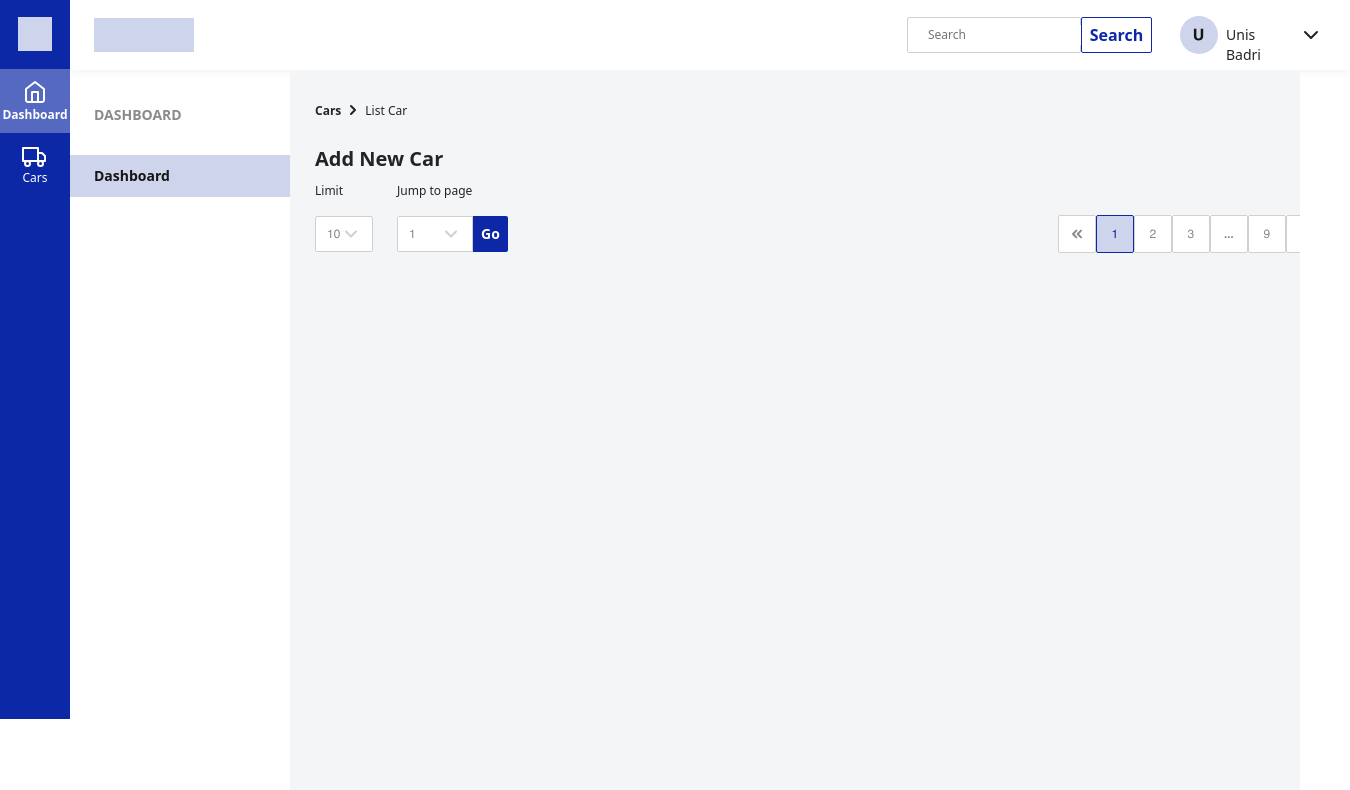
Repository: farrelmuhammad/challenge-7-binar
Page: /carlist/add
These files come from the project's save history. The page is drawn as it stood at one moment and after a run of saves; the edit follows.
The browser window is 1280 px wide. The page is 1350 px wide, so the pictures cover 1350 px, including what lies to the right of the window. The pictures show the whole page.
The project was rebuilt for these pictures with package versions that can differ from the ones it lists, and the page was loaded fresh each time. Also part of the build but not shown: src/component/navbar.js, src/component/header.js, src/component/footer.js, src/App.js, src/component/admin/Dashboard/index.jsx, src/pages/admin/Dashboard.js, src/component/admin/Cars/index.jsx, src/pages/admin/CarsList.js and 2 more.

Above is the page before, as saved 2022-05-27 20:58:21.

### src/index.js
import React from 'react';
import { BrowserRouter } from 'react-router-dom';
import { createRoot } from 'react-dom/client';
import { Provider } from 'react-redux';
import { store } from './app/store';
import reportWebVitals from './reportWebVitals';
import './index.css';
import RouteApp from './Routes'

const container = document.getElementById('root');
const root = createRoot(container);

root.render(
  <React.StrictMode>
    <Provider store={store}>
      <BrowserRouter>
        <RouteApp />
      </BrowserRouter>
    </Provider>
  </React.StrictMode>
);

// If you want to start measuring performance in your app, pass a function
// to log results (for example: reportWebVitals(console.log))
// or send to an analytics endpoint. Learn more: https://bit.ly/CRA-vitals
reportWebVitals();

### src/index.css
body {
  font-family: Helvetica Neue, Helvetica, Arial, sans-serif;
  font-style: normal;
  font-weight: normal;
  font-size: 14px;
  line-height: 20px;
  margin: 0;
  padding: 0;
}

h1,
h2,
h3,
h4,
h5 {
  line-height: 150%;
}

.header{
  background-color: #F1F3FF;
}

.footer i {
  color: #0D28A6;
  font-size: x-large;
}

.bg-darkblue{
  background-color: #0D28A6;
}

.logo {
  background-color: #0D28A6;
  width: 100px;
  height: 34px;
}

code {
  font-family: source-code-pro, Menlo, Monaco, Consolas, 'Courier New',
    monospace;
}

.card-cari {
  width: 1047px;
  /* height: 106px; */
  margin-top: -50px;
  z-index: 2;
}
.button-cari {
  width: 92px !important;
  margin-top: 30px;
  height: 36px;
}
.activeCari {
  height: 100%;
  width: 0;
  position: fixed;
  z-index: 2;
  top: 0;
  left: 0;
  background-color: rgba(0, 0, 0, 0.5);
  overflow-x: hidden;
  transition: 0.5s;
  padding-top: 34px;
}

### src/Routes.js
import App from './App';
import React from 'react';
import Dashboard from '../src/pages/admin/Dashboard'
import CarList from '../src/pages/admin/CarsList'
import Cars from './pages/cars'
import { Routes, Route } from 'react-router-dom';
import AddNewCars from './pages/admin/AddCar';

const RouteApp = () => {

    return (
        <>
            <Routes>
                <Route path="/" element={<App />} />
                <Route path="/dashboard" element={<Dashboard />} />
                <Route path="*" element={<h1 style={{ fontSize: "48px", textAlign: "center", paddingTop: "250px" }}>Error 404</h1>} />
                <Route path='/cars' element={<Cars />} />
                <Route path='/carlist' element={<CarList />} />
                <Route path='/carlist/add' element={<AddNewCars />} />
            </Routes>
        </>
    )
}

export default RouteApp;

### src/pages/admin/AddCar.js
import React from 'react'
import Navbar from '../../component/admin/Navbar'
import AddNewCar from '../../component/admin/Cars/add'

function AddCar() {
  return (
    <>
        <Navbar />
        <AddNewCar />
    </>
  )
}

export default AddCar

### src/component/admin/Navbar.jsx
import { Link } from 'react-router-dom';
import './Navbar.css';

const Navbar = () => {
  return (
    <header>
      {/* navbar top */}
      <div className="nav-top navbar">
        <div className="logo"></div>
        <span
          className="icon-menu iconify"
          data-icon="charm:menu-hamburger"
          data-width="24"
        ></span>
        <form className="nav-search d-flex">
          <div className="box-search">
            <span
              className="iconify"
              data-icon="akar-icons:search"
              data-width="18"
            ></span>
            <input type="search" placeholder="Search" />
          </div>
          <button className="button-search" type="submit">
            Search
          </button>
        </form>
        <div className="profile">
          <img src="img/profile.svg" alt="profile" />
          <p>Unis Badri</p>
          <img className="dropdown" src="img/dropdown.svg" alt="dropdown" />
        </div>
      </div>

      {/* navbar side */}
      <div className="nav-side">
        <div className="nav-blue">
          <div className="square"></div>
          <div className="frame-menu">
            <div className="dash-img" id="active">
              <a href="/dashboard">
                <img src="/img/dashboard.svg" alt="dashboard" />
              </a>
              <a href="/dashboard">Dashboard</a>
            </div>
            <div className="dash-img">
              <Link to="/carlist">
              <a>
                <img src="/img/cars.svg" alt="cars" />
                Cars
              </a>
              </Link>
            </div>
          </div>
        </div>
        <div className="nav-white">
          <div className="title-menu">
            <h1>DASHBOARD</h1>
          </div>
          <div className="list-menu">
            <h1>Dashboard</h1>
          </div>
        </div>
      </div>
    </header>
  );
};

export default Navbar;

### src/component/admin/Cars/add/index.jsx
import React from 'react'
import { Link } from 'react-router-dom'

export const AddCar = () => {
  return (
    <>
            <div className="content">
                <div className="breadcrumb">
                <h1>Cars</h1>
                <img src="../img/arrow-right.svg" alt="arrow-right" />
                <p>List Car</p>
                </div>
                <div className="col">
                    <h1 className="title-h1">Add New Car</h1>
                </div>



                {/* order table */}
                <div className="container-input">

                </div>

                {/* table navigation */}



                {/* table navigation */}
                <div className="table-nav">
                <div className="limit-nav">
                    <p>Limit</p>
                    <img src="img/form-drop.svg" alt="form-drop" />
                </div>
                <div className="jump-nav">
                    <p>Jump to page</p>
                    <img src="img/form-drop-2.svg" alt="form-drop-2" />
                </div>
                <div className="go-nav">
                    <h1>Go</h1>
                </div>
                <div className="page-number">
                    <img src="img/page-number.svg" alt="page-number" />
                </div>
                </div>
            </div>
            </>
  )
}

export default AddCar

### src/component/admin/Navbar.css
h1 {
    font-size: 14px;
    line-height: 20px;
}

header .nav-top {
    position: absolute;
    width: 1280px;
    height: 70px;
    left: 70px;
    right: 0;
    top: 0px;
    box-shadow: 0px 2px 8px rgba(0, 0, 0, 0.05);
}

header .nav-top .logo {
    position: absolute;
    width: 100px;
    height: 34px;
    left: 24px;
    top: 18px;
    background: #CFD4ED;
}

header .nav-top .icon-menu {
    position: absolute;
    width: 24px;
    height: 24px;
    left: 244px;
    top: 23px;
}

header .nav-top .nav-search {
    display: flex;
    flex-direction: row;
    align-items: flex-start;
    padding: 0px;
    position: absolute;
    width: 245px;
    height: 36px;
    left: 837px;
    top: 17px;
}

header .nav-top .nav-search .box-search {
    display: flex;
    flex-direction: row;
    align-items: center;
    padding-left: 12px;
    width: 174px;
    height: 36px;
    border: 1px solid #D0D0D0;
    border-radius: 2px;
    font-size: 12px;
    line-height: 18px;
    color: #8A8A8A;
}

header .nav-top .nav-search .box-search > input {
    border: none;
    outline: none;
    padding-left: 8px;
}

header .nav-top .nav-search .button-search {
    display: flex;
    flex-direction: row;
    justify-content: center;
    align-items: center;
    padding: 8px 12px;
    width: 71px;
    height: 36px;
    background-color: white;
    border: 1px solid #0D28A6;
    border-radius: 2px;
    font-weight: 700;
    color:#0D28A6;
}

header .nav-top .profile {
    display: flex;
    flex-direction: row;
    align-items: center;
    position: absolute;
    width: 143px;
    height: 38px;
    left: 1110px;
    right: 24px;
    top: 16px;
}

header .nav-top .profile > p {
    position: absolute;
    width: 65px;
    height: 20px;
    left: 46px;
    top: 9px;
    font-weight: 400;
    font-size: 14px;
    line-height: 20px;
}

header .nav-top .profile .dropdown {
    position: absolute;
    width: 24px;
    height: 24px;
    left: 119px;
    top: 7px;
}

header .nav-side {
    position: absolute;
    width: 290px;
    height: 100%;
    left: 0px;
    top: -1px;
}

header .nav-side .nav-blue {
    position: absolute;
    left: 0%;
    right: 75.86%;
    top: 0%;
    bottom: 0%;
    background: #0D28A6;
}

header .nav-side .nav-blue .square {
    position: absolute;
    width: 34px;
    height: 34px;
    left: 18px;
    top: 18px;
    background: #CFD4ED;
}

header .nav-side .nav-blue .frame-menu {
    display: flex;
    flex-direction: column;
    align-items: flex-start;
    padding: 0px;
    position: absolute;
    width: 70px;
    height: 128px;
    left: 0px;
    top: 70px;
}

header .nav-side .nav-blue .frame-menu .dash-img {
    display: flex;
    flex-direction: column;
    justify-content: center;
    align-items: center;
    padding: 20px 23px;
    position: static;
    width: 70px;
    height: 64px;
    left: 0px;
    top: 0px;
}

#active {
    font-weight: 700;
    background: rgba(255, 255, 255, 0.3);
}

header .nav-side .nav-blue .frame-menu .dash-img a {
    font-size: 12px;
    line-height: 18px;
    margin-top: 2px;
    text-decoration: none;
    color: white;
}

header .nav-side .nav-blue img:last-child {
    margin-top: 0;
}

header .nav-side .nav-white {
    position: absolute;
    left: 24.14%;
    right: 0%;
    top: 7.76%;
    bottom: 0.22%;
}

header .nav-side .nav-white .title-menu {
    position: absolute;
    width: 220px;
    height: 42px;
    left: 24px;
    top: 50px;
}

header .title-menu h1 {
    font-weight: 700;
    color: #8A8A8A;
    left: 24px;
}

header .nav-side .nav-white .list-menu {
    position: static;
    margin-top: 100px;
    width: 220px;
    height: 42px;
    padding: 11px 24px;
    background: #CFD4ED;
}

header .list-menu h1 {
    font-weight: 700;
    color: #151515;
    left: 24px;
}

### src/component/admin/Dashboard/Content.css
.content {
    position: absolute;
    overflow: auto;
    left: 290px;
    top: 70px;
    /* width: 1280px; */
    height: 100%;
    background: #F4F5F7;
    font-size: 14px;
    line-height: 20px;
}

.content .breadcrumb {
    position: absolute;
    width: 300px;
    height: 18px;
    left: 25px;
    top: 32px;
}

.content .breadcrumb > h1 {
    font-size: 12px;
    line-height: 18px;
    font-weight: 700;
}

.content .breadcrumb > p {
    font-size: 12px;
    line-height: 18px;
    font-weight: 300;
}

.content .breadcrumb > img {
    width: 16px;
    height: 16px;
    margin-left: 4px;
    margin-right: 4px;
}

.content .title-h1 {
    font-size: 20px;
    line-height: 30px;
    font-weight: 700;
    margin-left: 25px;
    margin-top:74px;
}

.content .list-order {
    margin-top: 24px;
    position: absolute;
    width: 79px;
    height: 24px;
    margin-left: 25px;
}

.content .list-order > img {
    width: 4px;
    height: 24px;
}

.content .list-order > h1 {
    float: right;
    font-weight: 700;
    margin-left: 8px;
}

.content .list-table table {
    margin-left: 25px;
    margin-top: 72px;
    width: 100%;
    table-layout: fixed;
    background-color: white;
    border: 1px solid none;
    border-radius: 2px;
}

.content .list-table table thead {
    background-color: rgba(207, 212, 237, 1);
    font-weight: 700;
}

.content .list-table table thead th:first-child {
    width: 40px;
}

.content .list-table table thead th > img {
    float: right;
}

.content .table-nav {
    display: flex;
    flex-direction: row;
    width: 1010px;
    font-size: 12px;
    line-height: 18px;
    font-weight: 300;
}

.content .table-nav .limit-nav{
    margin-left: 25px;
}

.content .table-nav .limit-nav p {
    font-size: 12px;
    line-height: 18px;
}

.content .table-nav .jump-nav {
    margin-left: 24px;
}

.content .table-nav .jump-nav p {
    font-size: 12px;
    line-height: 18px;
}

.content .table-nav .go-nav {
    width: 43px;
    height: 36px;
    margin-top: 34px;
    background: #0D28A6;
    border-radius: 0px 2px 2px 0px;
}

.content .table-nav .go-nav > h1 {
    text-align: center;
    font-weight: bold;
    color: white;
    padding: 8px 8px;
}

.content .table-nav .page-number {
    margin-top: 33px;
    margin-left: 550px;
}

.content .list-car {
    margin-top: 24px;
    position: absolute;
    width: 65px;
    height: 24px;
    margin-left: 25px;
}

.content .list-car > img {
    width: 4px;
    height: 24px;
}

.content .list-car > h1 {
    float: right;
    font-weight: 700;
    margin-left: 8px;
}

.content .title-button-car {
    display: inline-flex;
}

.content .title-button-car > h1 {
    margin-right: 800px;
}

.content .title-button-car > a img {
    margin-top: 74px;
}

.content .button-category {
    margin-top: 24px;
    margin-left: 8px;
    display: inline-flex;
}

.content .button-category img {
    margin-left: 16px;
}

.content .cars-card {
    width: 320px;
    height: 482px;
    margin-left: 25px;
    margin-top: 24px;
    box-shadow: 0px 0px 4px rgba(0, 0, 0, 0.15);
    border-radius: 8px;
}

.content .cars-card .card-img-top {
    width: 270px;
    height: 160px;
    margin: auto;
    margin-top: 55px;
}

.content .cars-card .card-body {
    padding: 24px;
}

.content .cars-card .card-body .bold-h1 {
    font-weight: 700;
    font-size: 16px;
    line-height: 24px;
    margin-bottom: 0;
}

.content .cars-card .card-body-text {
    display: inline-flex;
    width: 303px;
    height: 20px;
    margin-top: 16px;
}

.content .cars-card .card-body-text img {
    margin-right: 8px;
    width: 20px;
    height: 20px;
}

.content .cars-card .button-card {
    display: inline-flex;
    margin-left: 8px;
    margin-top: 24px;
}

.content .cars-card .button-card img {
    width: 120px;
}

.content .cars-card .button-card img:last-child {
    margin-left: 16px;
}

.content .form-add-new-car {
    width: 1010px;
    height: 350px;
    background: white;
    margin-top: 32px;
    margin-left: 25px;
}

.content .form-add-new-car .content-form {
    padding-top: 16px;
    padding-left: 25px;
    font-weight: 300;
    font-size: 12px;
    line-height: 18px;
}

.content .form-add-new-car .content-form label {
    width: 147px;
}

.content .form-add-new-car .content-form input {
    width: 339px;
    height:auto;
    border: 1px solid #D0D0D0;
    border-radius: 2px;
    color: #8A8A8A;
    font-weight: 300;
    font-size: 12px;
    line-height: 18px;
}

.content .form-add-new-car .content-form .content-box {
    margin-left: 4px;
}

.content .form-add-new-car .content-h1 h1 {
    display: inline-flex;
    margin-left: 25px;
    margin-top: 16px;
    font-weight: 300;
    font-size: 12px;
    line-height: 18px;
}

.content .form-add-new-car .content-h1 h1:first-child {
    width: 147px;
}

.content .form-add-new-car .content-h1 h1:last-child {
    margin-left: 8px;
}

.content .button-form {
    display: inline-flex;
    margin-left: 9px;
}

.content .button-form img {
    margin-left: 16px;
    margin-top: 282px;
    margin-bottom: 40px;
}

### src/component/admin/Cars/Content.css
.content {
    position: absolute;
    overflow: auto;
    left: 290px;
    top: 70px;
    /* width: 1280px; */
    height: 100%;
    background: #F4F5F7;
    font-size: 14px;
    line-height: 20px;
}

.content .breadcrumb {
    position: absolute;
    width: 300px;
    height: 18px;
    left: 25px;
    top: 32px;
}

.content .breadcrumb > h1 {
    font-size: 12px;
    line-height: 18px;
    font-weight: 700;
}

.content .breadcrumb > p {
    font-size: 12px;
    line-height: 18px;
    font-weight: 300;
}

.content .breadcrumb > img {
    width: 16px;
    height: 16px;
    margin-left: 4px;
    margin-right: 4px;
}

.content .title-h1 {
    font-size: 20px;
    line-height: 30px;
    font-weight: 700;
    margin-left: 25px;
    margin-top:74px;
}

.content .list-order {
    margin-top: 24px;
    position: absolute;
    width: 79px;
    height: 24px;
    margin-left: 25px;
}

.content .list-order > img {
    width: 4px;
    height: 24px;
}

.content .list-order > h1 {
    float: right;
    font-weight: 700;
    margin-left: 8px;
}

.content .list-table table {
    margin-left: 25px;
    margin-top: 72px;
    width: 100%;
    table-layout: fixed;
    background-color: white;
    border: 1px solid none;
    border-radius: 2px;
}

.content .list-table table thead {
    background-color: rgba(207, 212, 237, 1);
    font-weight: 700;
}

.content .list-table table thead th:first-child {
    width: 40px;
}

.content .list-table table thead th > img {
    float: right;
}

.content .table-nav {
    display: flex;
    flex-direction: row;
    width: 1010px;
    font-size: 12px;
    line-height: 18px;
    font-weight: 300;
}

.content .table-nav .limit-nav{
    margin-left: 25px;
}

.content .table-nav .limit-nav p {
    font-size: 12px;
    line-height: 18px;
}

.content .table-nav .jump-nav {
    margin-left: 24px;
}

.content .table-nav .jump-nav p {
    font-size: 12px;
    line-height: 18px;
}

.content .table-nav .go-nav {
    width: 43px;
    height: 36px;
    margin-top: 34px;
    background: #0D28A6;
    border-radius: 0px 2px 2px 0px;
}

.content .table-nav .go-nav > h1 {
    text-align: center;
    font-weight: bold;
    color: white;
    padding: 8px 8px;
}

.content .table-nav .page-number {
    margin-top: 33px;
    margin-left: 550px;
}

.content .list-car {
    margin-top: 24px;
    position: absolute;
    width: 65px;
    height: 24px;
    margin-left: 25px;
}

.content .list-car > img {
    width: 4px;
    height: 24px;
}

.content .list-car > h1 {
    float: right;
    font-weight: 700;
    margin-left: 8px;
}

.content .title-button-car {
    display: inline-flex;
}

.content .title-button-car > h1 {
    margin-right: 800px;
}

.content .title-button-car > a img {
    margin-top: 74px;
}

.content .button-category {
    margin-top: 24px;
    margin-left: 8px;
    display: inline-flex;
}

.content .button-category img {
    margin-left: 16px;
}

.content .cars-card {
    width: 320px;
    height: 482px;
    margin-left: 25px;
    margin-top: 24px;
    box-shadow: 0px 0px 4px rgba(0, 0, 0, 0.15);
    border-radius: 8px;
}

.content .cars-card .card-img-top {
    width: 270px;
    height: 160px;
    margin: auto;
    margin-top: 55px;
}

.content .cars-card .card-body {
    padding: 24px;
}

.content .cars-card .card-body .bold-h1 {
    font-weight: 700;
    font-size: 16px;
    line-height: 24px;
    margin-bottom: 0;
}

.content .cars-card .card-body-text {
    display: inline-flex;
    width: 303px;
    height: 20px;
    margin-top: 16px;
}

.content .cars-card .card-body-text img {
    margin-right: 8px;
    width: 20px;
    height: 20px;
}

.content .cars-card .button-card {
    display: inline-flex;
    margin-left: 8px;
    margin-top: 24px;
}

.content .cars-card .button-card img {
    width: 120px;
}

.content .cars-card .button-card img:last-child {
    margin-left: 16px;
}

.content .form-add-new-car {
    width: 1010px;
    height: 350px;
    background: white;
    margin-top: 32px;
    margin-left: 25px;
}

.content .form-add-new-car .content-form {
    padding-top: 16px;
    padding-left: 25px;
    font-weight: 300;
    font-size: 12px;
    line-height: 18px;
}

.content .form-add-new-car .content-form label {
    width: 147px;
}

.content .form-add-new-car .content-form input {
    width: 339px;
    height:auto;
    border: 1px solid #D0D0D0;
    border-radius: 2px;
    color: #8A8A8A;
    font-weight: 300;
    font-size: 12px;
    line-height: 18px;
}

.content .form-add-new-car .content-form .content-box {
    margin-left: 4px;
}

.content .form-add-new-car .content-h1 h1 {
    display: inline-flex;
    margin-left: 25px;
    margin-top: 16px;
    font-weight: 300;
    font-size: 12px;
    line-height: 18px;
}

.content .form-add-new-car .content-h1 h1:first-child {
    width: 147px;
}

.content .form-add-new-car .content-h1 h1:last-child {
    margin-left: 8px;
}

.content .button-form {
    display: inline-flex;
    margin-left: 9px;
}

.content .button-form img {
    margin-left: 16px;
    margin-top: 282px;
    margin-bottom: 40px;
}

.container-car {
    display: grid;
    grid-template-columns: repeat(3, 1fr);
}

.card {
    display: flex;
    flex-direction: column;
    align-items: flex-start;
    padding: 24px;
    gap: 24px;

    background: #FFFFFF;
    /* Shadow/Low */

    box-shadow: 0px 0px 4px rgba(0, 0, 0, 0.15);
    border-radius: 8px;
    margin: 20px;
    padding: 1em;
}

.image img{
    width: 100%;
    height: 200px;
    object-fit: cover;
}

.img-placeholder {
    width: 100%;
    height: 200px;
    background-color: #ebebeb;
}

.info {
    padding: 1em 0;
}

.price {
    font-weight: bold;
}

.info ul li {
    list-style-type: none;
}

Loaded but not shown: public/index.html (common file); src/app/store.js (common file); src/reportWebVitals.js (common file); src/features/counter/counterAPI.js (common file); src/features/counter/counterSlice.js (73 lines, source omitted)

After the next 2 saves:
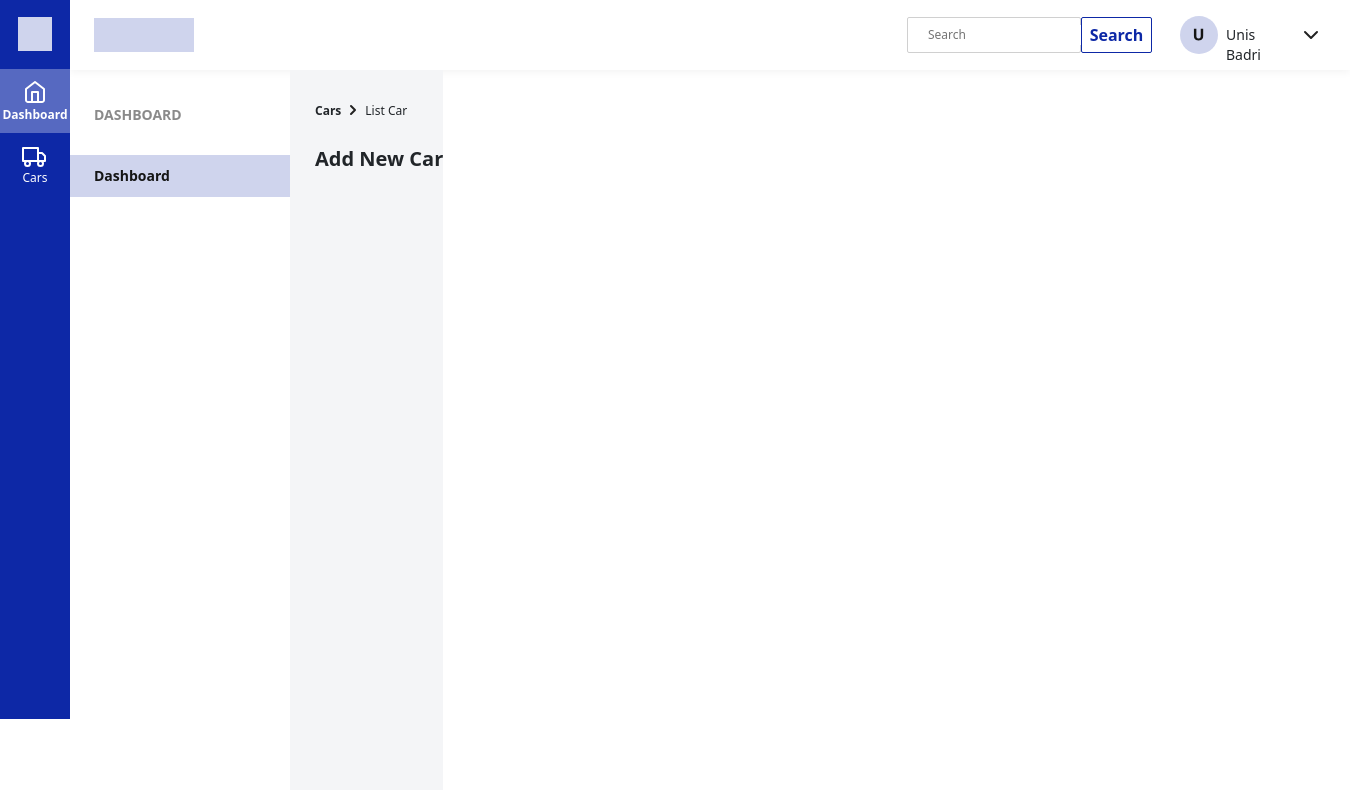
The 2 saves are shown as one change because 1 did not build or start.
The last was saved 19 s later.
--- a/src/component/admin/Cars/add/index.jsx
+++ b/src/component/admin/Cars/add/index.jsx
@@ -25,23 +25,6 @@ export const AddCar = () => {
 
 
 
-                {/* table navigation */}
-                <div className="table-nav">
-                <div className="limit-nav">
-                    <p>Limit</p>
-                    <img src="img/form-drop.svg" alt="form-drop" />
-                </div>
-                <div className="jump-nav">
-                    <p>Jump to page</p>
-                    <img src="img/form-drop-2.svg" alt="form-drop-2" />
-                </div>
-                <div className="go-nav">
-                    <h1>Go</h1>
-                </div>
-                <div className="page-number">
-                    <img src="img/page-number.svg" alt="page-number" />
-                </div>
-                </div>
             </div>
             </>
   )
